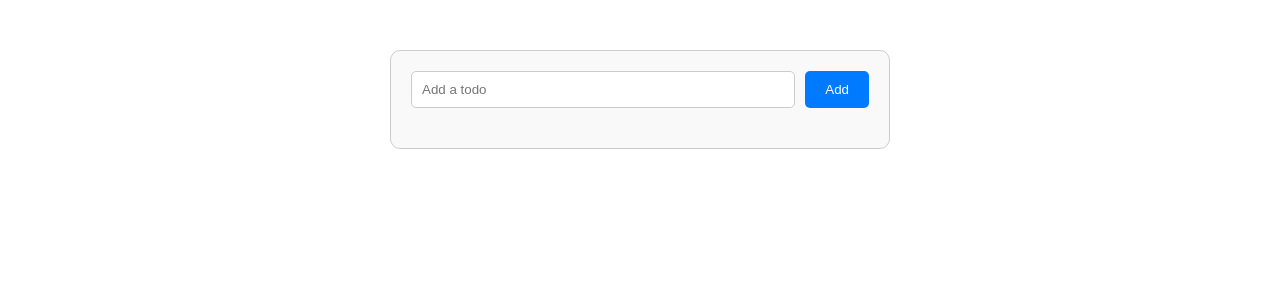
Repository: Fariadd/Vanilla-JS
Page: movieAPI/index.html
The author's editor kept a copy of each file at every save. The page is drawn from the files as they stood at one save, then again after the next save.
The browser window is 1280 px wide. The pictures show the whole page.

Above is the page before, as saved 2024-10-02 20:21:59.

After the next save:
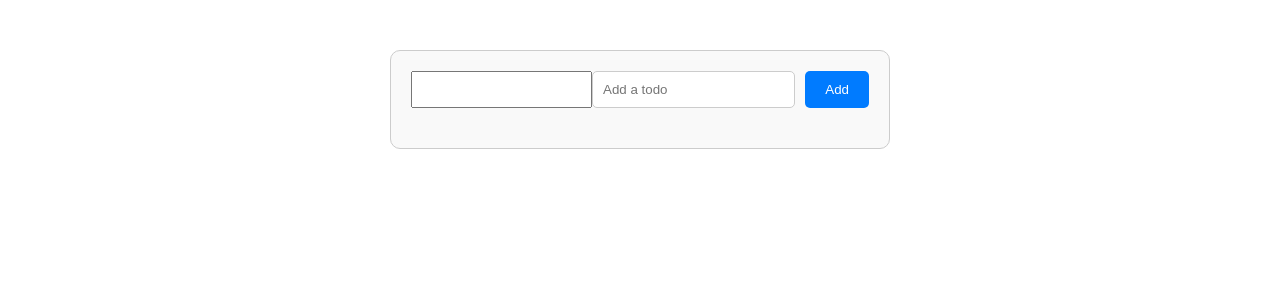
Saved 14 s later.
--- a/movieAPI/index.html
+++ b/movieAPI/index.html
@@ -9,6 +9,7 @@
   <body>
     <div class="container">
       <form class="form" action="">
+        <input type="text" />
         <input type="text" placeholder="Add a todo" class="input" />
         <button class="btn" type="submit">Add</button>
       </form>
